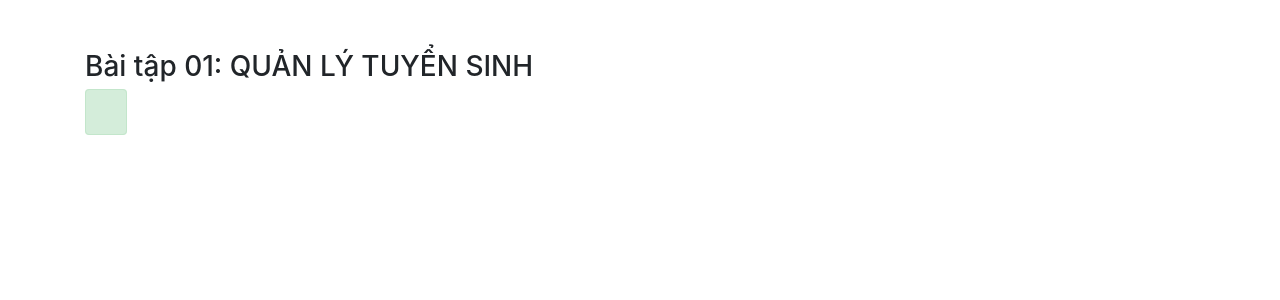
Repository: ducdatit2002/javascript-tinh-day15
Page: index.html
An editor plug-in stored every save of this project. The page is shown before and after the next save, followed by the edit.
The browser window is 1280 px wide. The pictures show the whole page.

Above is the page before, as saved 2023-08-19 23:31:16.

After the next save:
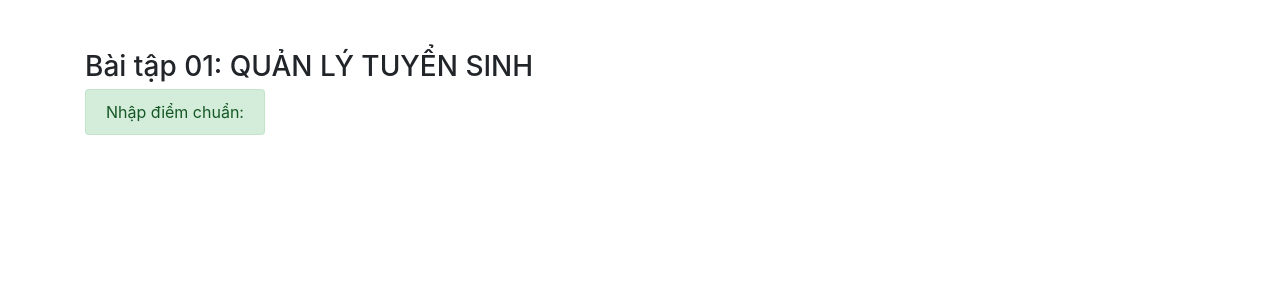
Saved 6 s later.
--- a/index.html
+++ b/index.html
@@ -23,7 +23,8 @@
             <h3>Bài tập 01: QUẢN LÝ TUYỂN SINH</h3>
             <div class="row mt-3">
                 <div class="col-4">
-                    <span class="alert alert-success"></span>
+                    <span class="alert alert-success">Nhập điểm chuẩn:</span>
+
                 </div>
             </div>
         </div>
